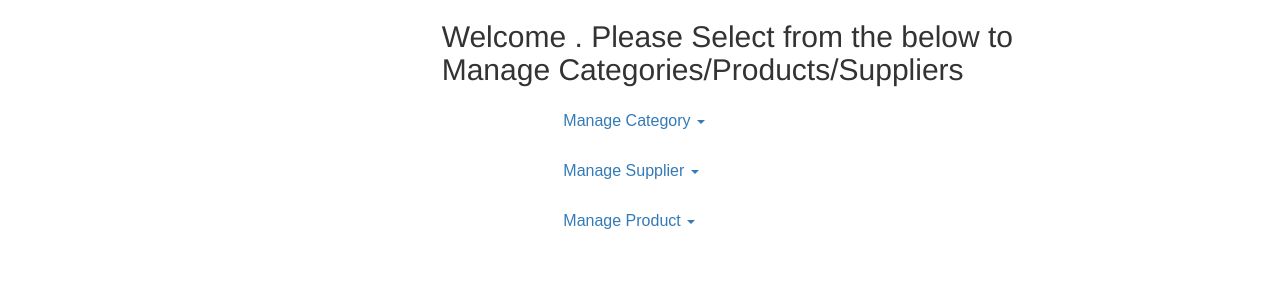
Repository: KaustubhKamat/ShoppingCartProject
Page: http://localhost/NewShoppingCart/WEB-INF/views/Admin_home.jsp
The author's editor kept a copy of each file at every save. The page is drawn from the files as they stood at one save, then again after the next save.
The browser window is 1280 px wide. The pictures show the whole page.
Some web libraries are served in a nearby version. The page is served by Tomcat 9. Nobody is signed in. Other server files are loaded and not shown. The template is opened directly, without the code that normally fills it, so the values that code supplies are empty.

Above is the page before, as saved 2017-02-06 06:39:06.

### NewShoppingCart/src/main/webapp/WEB-INF/views/Admin_home.jsp
<%@ page language="java" contentType="text/html; charset=ISO-8859-1"
	pageEncoding="ISO-8859-1"%>
<%@ taglib uri="http://java.sun.com/jsp/jstl/core" prefix="c"%>
<!DOCTYPE html PUBLIC "-//W3C//DTD HTML 4.01 Transitional//EN" "http://www.w3.org/TR/html4/loose.dtd">
<html>
<head>
<link rel="stylesheet"
	href="https://maxcdn.bootstrapcdn.com/bootstrap/3.3.7/css/bootstrap.min.css">
<script
	src="https://ajax.googleapis.com/ajax/libs/jquery/3.1.1/jquery.min.js"></script>
<script
	src="https://maxcdn.bootstrapcdn.com/bootstrap/3.3.7/js/bootstrap.min.js"></script>

<meta http-equiv="Content-Type" content="text/html; charset=ISO-8859-1">
<style>
a {
	float: inherit;
	font-family: sans-serif;
	font-size: medium;
	padding-top: 40 px;
}
</style>
<title>Insert title here</title>
</head>
<body>

<div class="col-md-6 col-md-offset-4">
<h2>Welcome ${LoggedInUser}. Please Select from the below to Manage Categories/Products/Suppliers</h2>
</div>
	<div id="AdminHome">
	<div class="col-md-2 col-md-offset-5">
		<ul class="nav navbar-nav">
			<!--  <li class="active"><a href=>Link <span class="sr-only">(current)</span></a></li> -->
			<li class="dropdown"><a href="ManageCategory"
				class="dropdown-toggle" data-toggle="dropdown" role="button">Manage
					Category <span class="caret"></span>
			</a>
				<ul class="dropdown-menu">
					<li><a href="AddCategory">Add Category</a></li>

				</ul></li>
			<li class="dropdown"><a href="ManageSupplier"
				class="dropdown-toggle" data-toggle="dropdown" role="button">Manage
					Supplier <span class="caret"></span>
			</a>
				<ul class="dropdown-menu">
					<li><a href="AddSupplier">Add Supplier</a></li>

				</ul></li>
			<li class="dropdown"><a href="ManageProduct"
				class="dropdown-toggle" data-toggle="dropdown" role="button">Manage
					Product <span class="caret"></span>
			</a>
				<ul class="dropdown-menu">
					<li><a href="AddProduct">Add Product</a></li>

				</ul></li>
				</ul>
				</div>
	</div>
	<br>
	<br>


</body>
</html>

After the next save:
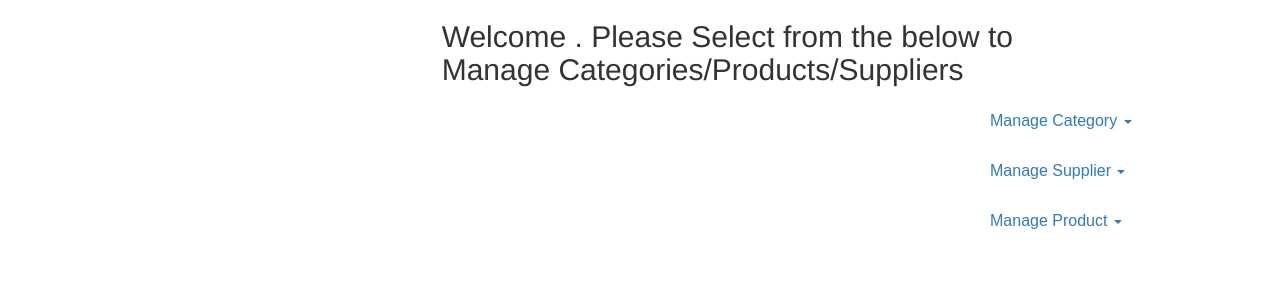
Saved 16 s later.
--- a/NewShoppingCart/src/main/webapp/WEB-INF/views/Admin_home.jsp
+++ b/NewShoppingCart/src/main/webapp/WEB-INF/views/Admin_home.jsp
@@ -28,7 +28,7 @@ a {
 <h2>Welcome ${LoggedInUser}. Please Select from the below to Manage Categories/Products/Suppliers</h2>
 </div>
 	<div id="AdminHome">
-	<div class="col-md-2 col-md-offset-5">
+	<div class="col-md-2 col-md-offset-9">
 		<ul class="nav navbar-nav">
 			<!--  <li class="active"><a href=>Link <span class="sr-only">(current)</span></a></li> -->
 			<li class="dropdown"><a href="ManageCategory"
